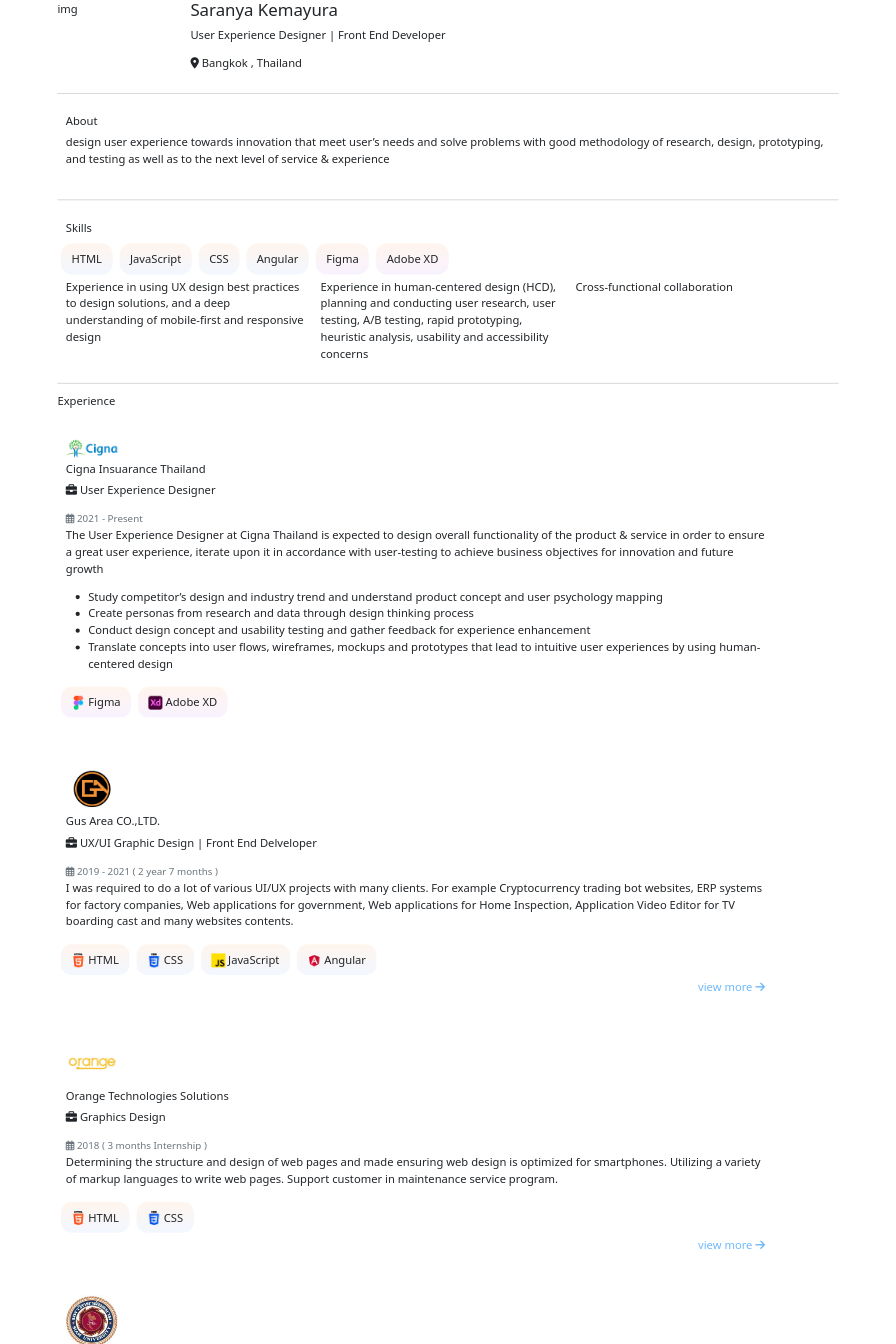
Repository: 0910th/portfolio
Page: index.html
These files come from the project's save history. The page is drawn as it stood at one moment and after the next save; the edit follows.
The browser window is 1280 px wide. The pictures show the part of the page from y = 0 to 1920 px (the page is 2587 px tall before and 2563 px after), at 70% of full size.

Above is the page before, as saved 2022-12-23 14:56:48.

After the next save:
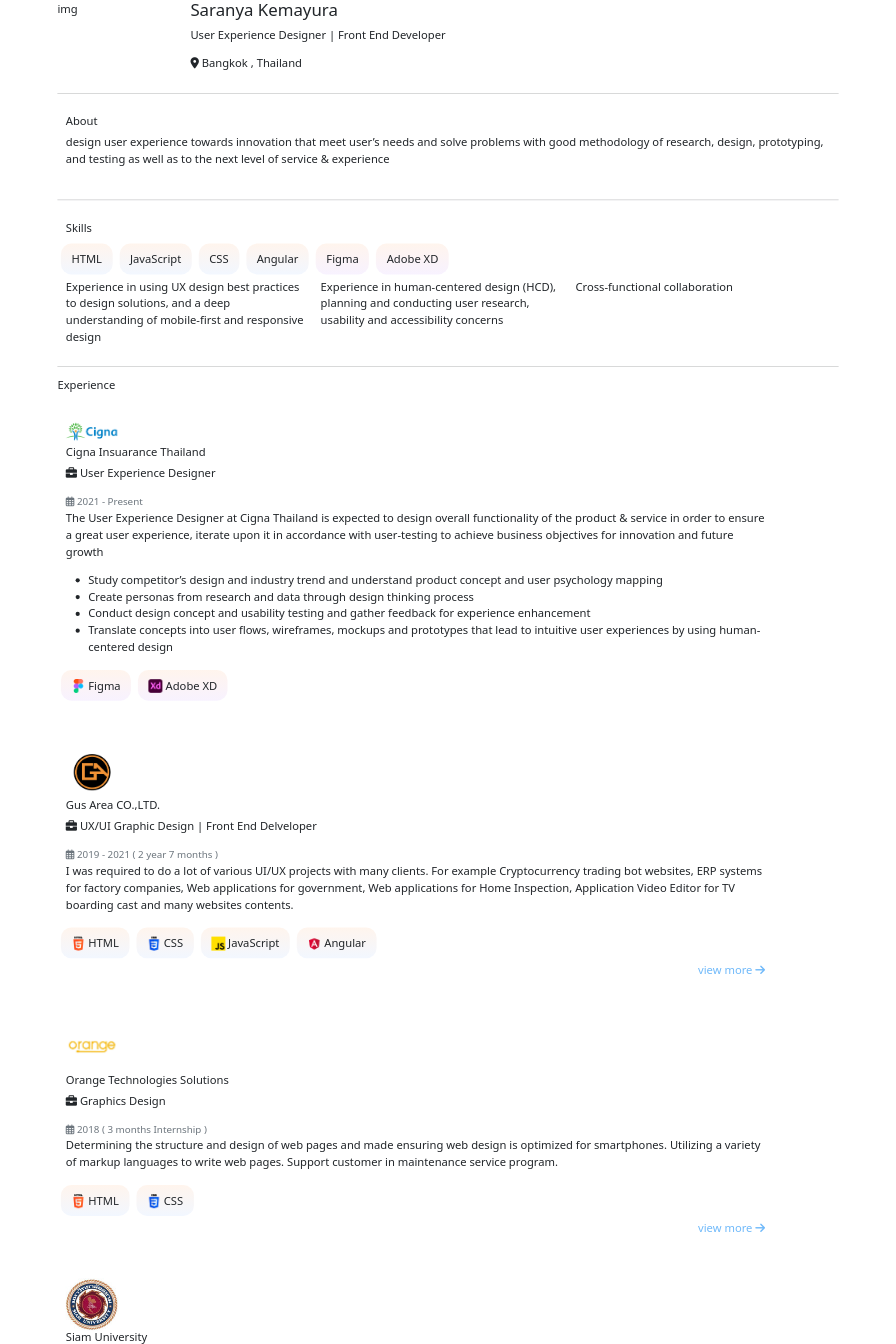
Saved 40 s later.
--- a/index.html
+++ b/index.html
@@ -54,8 +54,7 @@
                     responsive design
                 </div>
                 <div class="col">
-                    Experience in human-centered design (HCD), planning and conducting user research, user testing, A/B testing, rapid
-                    prototyping, heuristic analysis, usability and accessibility concerns
+                    Experience in human-centered design (HCD), planning and conducting user research, usability and accessibility concerns
                 </div>
                 <div class="col">
                     Cross-functional collaboration
